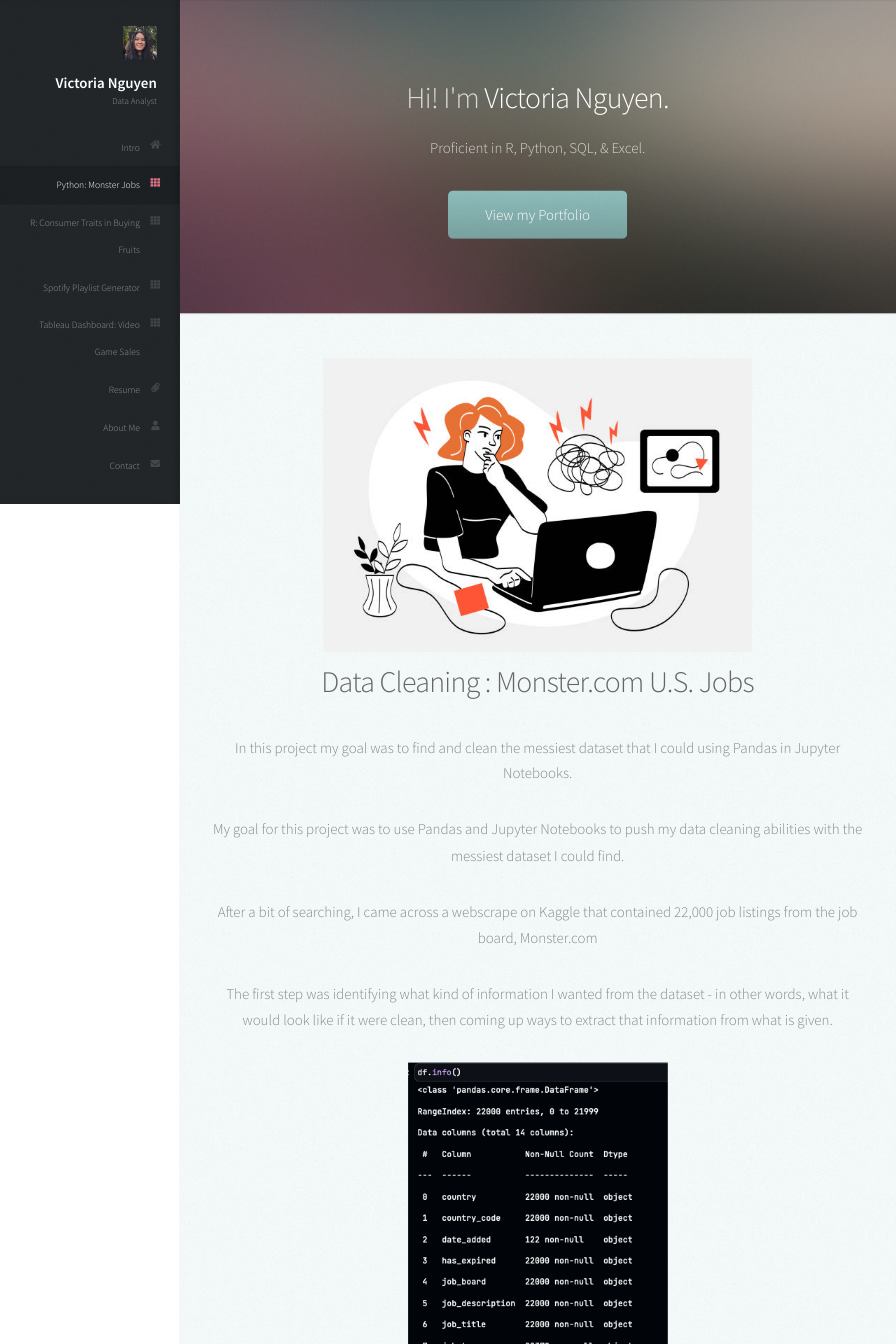
Repository: VictoriaTCNguyen/VictoriaTCNguyen
Page: index.html
An editor plug-in stored every save of this project. The page is shown before and after the next save, followed by the edit.
The browser window is 1280 px wide. The pictures show the part of the page from y = 0 to 1920 px (the page is 11996 px tall), at 70% of full size.

Above is the page before, as saved 2023-06-13 17:28:16.

### index.html
<!DOCTYPE HTML>
<!--
	Prologue by HTML5 UP
	html5up.net | @ajlkn
	Free for personal and commercial use under the CCA 3.0 license (html5up.net/license)
-->
<html>
	<head>
		<title>Victoria Nguyen's Portfolio </title>
		<meta charset="utf-8" />
		<meta name="viewport" content="width=device-width, initial-scale=1, user-scalable=no" />
		<link rel="stylesheet" href="assets/css/main.css" />
		<link rel="icon" href="/images/woman-technologist-light-skin-tone_1f469-1f3fb-200d-1f4bb.png">
	</head>
	<body class="is-preload">

		<!-- Header -->
			<div id="header">

				<div class="top">

					<!-- Logo -->
						<div id="logo">
							<span class="image avatar48"><img src="images/VN_LinkedIn.jpg" alt="" /></span>
							<h1 id="title">Victoria Nguyen</h1>
							<p>Data Analyst</p>
						</div>

					<!-- Nav -->
						<nav id="nav">
							<ul>
								<li><a href="#top" id="top-link"><span class="icon solid fa-home">Intro</span></a></li>
								<li><a href="#portfolio" id="portfolio-link"><span class="icon solid fa-th">Python: Monster Jobs </span></a></li>
								<li><a href="#portfolio2" id="portfolio-link"><span class="icon solid fa-th">R: Consumer Traits in Buying Fruits </span></a></li>
								<li><a href="#portfolio3" id="portfolio-link"><span class="icon solid fa-th">Spotify Playlist Generator </span></a></li>
								<li><a href="#portfolio4" id="portfolio-link"><span class="icon solid fa-th">Tableau Dashboard: Video Game Sales </span></a></li>
								<li><a href="#resume" id="resume-link"><span class="icon solid fa-paperclip">Resume</span></a></li>
								<li><a href="#about" id="about-link"><span class="icon solid fa-user">About Me</span></a></li>
								<li><a href="#contact" id="contact-link"><span class="icon solid fa-envelope">Contact</span></a></li>
							</ul>
						</nav>

				</div>

				<div class="bottom">

					<!-- Social Icons -->
						<ul class="icons">
							<li><a href="#" class="icon brands fa-github"><span class="label">Github</span></a></li>
							<li><a href="#" class="icon solid fa-envelope"><span class="label">Email</span></a></li>
						</ul>

				</div>

			</div>

		<!-- Main -->
			<div id="main">

				<!-- Intro -->
					<section id="top" class="one dark cover">
						<div class="container">

							<header>
								<h2 class="alt">Hi! I'm <strong>Victoria Nguyen.</strong> </h2>
								<p>Proficient in R, Python, SQL, & Excel.</p>
							</header>

							<footer>
								<a href="#portfolio" class="button scrolly">View my Portfolio</a>
							</footer>

						</div>
					</section>


				<!-- Portfolio1 -->
				<section id="portfolio" class="two">
					<div class="container">

						<header>
							<img src="images/istockphoto-1411855202-612x612.jpg" alt="Image of Kaggle dataset">
							<h2>Data Cleaning : Monster.com U.S. Jobs</h2>
						</header>

						<p>In this project my goal was to find and clean the messiest dataset that I could using Pandas in Jupyter Notebooks.</p>

						<div class="center">
							<div class="col-4 col-12-mobile">

								<p> My goal for this project was to use Pandas and Jupyter Notebooks to push my data cleaning abilities with the messiest
									dataset I could find.</p>

								<p> After a bit of searching, I came across a webscrape on Kaggle that contained 22,000 job listings from the job board,
									Monster.com</p>

								<p> The first step was identifying what kind of information I wanted from the dataset - in other words, what it would look
									like if it were clean, then coming up ways to extract that information from what is given. </p>

								<img src="images/1a.png" alt="">

								<p>Upon initial investigation, I found that job descriptions could be found in the location and salary columns, locations
									could be found in the organization column, some entries had the same information copied into every single column, salaries
									were being entered as hourly wages, and some just had useless or nonsensical entries.  </p>

									<img src="images/1c.png" alt="">

								<p>The first issue I decided to tackle was the one I see most commonly in datasets: that multiple variables are being put into
									 the same column and need to be parsed into their own, proper variables. The ‘job_types’ variable had two separate ways of
									 distinguishing jobs from each other: full time vs. part time, and contract vs. employee. Other than that, this column was
									 nicely formatted and all I needed to do was pull the right substrings from each of them. </p>

								<img src="images/1b.png" alt="">

								<p>Next, I tackled the locations column, which quickly proved to be the most difficult.  A good chunk of these were just entire
									 job descriptions pasted in. My first idea was to shave off unwanted entries. As far as I’m aware, most location names
									 could be spelled out in 50 characters or less. In addition, if an entire job description was pasted into this column,
									  there would usually be a title, so I also searched for “Location:” in the longer entries. </p>

								<img src="images/1d.png" alt="">

								<p>After extracting the location from each of the job entries, I decided to pull the state & zip code from each location. </p>

								<img src="images/1e.png" alt="">

								<p>I then ran into an unexpected issue. Because state names are entered either by spelling out their full name or by their two
									letter abbreviation, I thought I could simply search for any substring containing the abbreviated state names. However,
									 many job descriptions would use capital letters in one way or another - whether it was the entire job description being
									 capitalized or using capitalization to emphasize whole words or titles. Either way, I had to find a way around it. Thus,
									  I used regex to find the two capital letters together with non-capital characters before and after.
								</p>
								<img src="images/1f.png" alt="">

								<p>Now that the states were sorted, I moved onto the zipcodes. Thankfully, from the previous step, I was able to tinker with
									a regex and similarly used one to pull strings containing five consecutive digits. This also kept me from accidentally
									pulling any phone numbers that made it into this column. </p>

								<img src="images/1g.png" alt="">

								<p>The last bulk of my work was fixing the salary column. I had my work set out for me because I could see that it was a
									jumble of salaries, hourly wages, vague descriptions of what their compensation might be, or just other benefits that
									didn’t help candidates understand what pay they should be expecting. </p>

								<img src="images/1h.png" alt="">

								<p>I extracted all entries that mentioned “yearly” and “hourly”, and swapped the hourly salaries that were too outrageous
									 to be true to yearly salaries, and vice-versa. I then shaved off excess characters to get plain numbers, then converted
									 hourly wages to salaries. </p>

								<img src="images/1i.png" alt="">

								<p> Finally, the data was ready to be analyzed.</p>

								<img src="images/1j.png" alt="">

								<p></a></p>
							</div>
						</div>

					</div>
				</section>

				<!-- Portfolio2 -->
				<section id="portfolio2" class="two">
					<div class="container">

						<header>
							<h2>Consumer Traits in Buying Fruits</h2>
						</header>

						<p>

							<object data="/images/CustomerTraits in Purchasing Fruits.pdf" type="application/pdf" width="100%" height="500px">
								<p>Unable to display PDF file. <a href="/images/CustomerTraits in Purchasing Fruits.pdf">Download</a> instead.</p>
							  </object>

						</p>

						<div class="center" style = text-align:left;>
							<div class="col-4 col-12-mobile">

							</div>
						</div>

					</div>
				</section>

				<!-- Portfolio3 -->
				<section id="portfolio3" class="two">
					<div class="container">

						<header>
							<img src="images/istockphoto-1411855202-612x612.jpg" alt="Image of Kaggle dataset">
							<h2>Predicting Airline Customer Satisfaction</h2>
						</header>

						<object data="/images/PredictingAirlineCustomerSatisfaction.pdf" type="application/pdf" width="100%" height="500px">
							<p>Unable to display PDF file. <a href="/images/PredictingAirlineCustomerSatisfaction.pdf">Download</a> instead.</p>
						  </object>

						<div class="center" style = text-align:left;>
							<div class="col-4 col-12-mobile">

							</div>
						</div>

					</div>
				</section>

				<!-- Portfolio4 -->
				<section id="portfolio4" class="two">
					<div class="container">

						<header>
							<img src="/images/istockphoto-1366567982-612x612.jpg" alt="Image of Kaggle dataset">
							<h2>Tableau Dashboard: Video Game Sales</h2>
						</header>

						<p> Video games have been a passion of mine since I was young. Even as I got older and took on more responsibilities that kept me from gaming with my
							brothers for hours, I would still keep an eye on what games were coming out to see what we would play next.
						</p>

						<p>
							Having played games for so long, I have basically watched the gaming landscape change around me throughout my life. I saw consoles come and go, huge
							companies merge,
							 and trends change between different genres and monetization methods.</p>

						<p>
							Because of this, I decided I wanted to make a dashboard that almost acted like an interactive time capsule for video games.
							While it lacks the context that a full timeline could provide, this dashboard allows the user to more easily visualize how
							video game sales for certain titles and categories compared to others during their release.
						</p>

						<p>
							To allow users to refine the results to their own interests, I made it so the dashboard could be filtered by different date
							frames, publishers, and game genres to get a better look at what was popular during different eras, rather than just an overall look at sales.
						</p>

						<p><div class='tableauPlaceholder' id='viz1686099189806' style='position: relative'><noscript><a href='#'><img alt='Dashboard 1 ' src='https:&#47;&#47;public.tableau.com&#47;static&#47;images&#47;VG&#47;VGSales_16860990043510&#47;Dashboard1&#47;1_rss.png' style='border: none' /></a></noscript><object class='tableauViz'  style='display:none;'><param name='host_url' value='https%3A%2F%2Fpublic.tableau.com%2F' /> <param name='embed_code_version' value='3' /> <param name='site_root' value='' /><param name='name' value='VGSales_16860990043510&#47;Dashboard1' /><param name='tabs' value='no' /><param name='toolbar' value='yes' /><param name='static_image' value='https:&#47;&#47;public.tableau.com&#47;static&#47;images&#47;VG&#47;VGSales_16860990043510&#47;Dashboard1&#47;1.png' /> <param name='animate_transition' value='yes' /><param name='display_static_image' value='yes' /><param name='display_spinner' value='yes' /><param name='display_overlay' value='yes' /><param name='display_count' value='yes' /><param name='language' value='en-US' /><param name='filter' value='publish=yes' /></object></div>                <script type='text/javascript'>                    var divElement = document.getElementById('viz1686099189806');                    var vizElement = divElement.getElementsByTagName('object')[0];                    if ( divElement.offsetWidth > 800 ) { vizElement.style.width='1000px';vizElement.style.height='1227px';} else if ( divElement.offsetWidth > 500 ) { vizElement.style.width='1000px';vizElement.style.height='1227px';} else { vizElement.style.width='100%';vizElement.style.height='1577px';}                     var scriptElement = document.createElement('script');                    scriptElement.src = 'https://public.tableau.com/javascripts/api/viz_v1.js';                    vizElement.parentNode.insertBefore(scriptElement, vizElement);                </script></p>

						<div class="center" style = text-align:left;>
							<div class="col-4 col-12-mobile">

							</div>
						</div>

					</div>
				</section>

				<!-- Resume -->
				<section id="resume" class="three">
					<div class="container">

						<header>
							<h2><a href="images/VictoriaNguyen_Resume_2023.pdf" download>Click here to download my resume!</a></h2>
						</header>


					</div>
				</section>

				<!-- About Me -->
					<section id="about" class="three">
						<div class="container">

							<header>
								<h2>About Me</h2>
							</header>

							<a href="#" class="image featured"><img src="images/Victoria_Osaka2.jpg" alt="Me in Osaka, April 2023. I was lucky enough to visit while the cherry blossoms were in full bloom!" /></a>

							<p>
								My name is Victoria Nguyen. Data analysis and vizualition are just two of the many things I'm passionate about.
								Whether I'm using spreadsheets to optimize my workout routine or using it to observe consumer habits, I love using data to enhance the way I look at the world.
							</p>

							<p>
								Outside of data analytics, I love to travel, cook, discuss all things media, play video games,
								 & live an active lifestyle.
							</p>

						</div>
					</section>

				<!-- Contact -->
					<section id="contact" class="four">
						<div class="container">

							<header>
								<h2>Contact</h2>
							</header>

							<p>
								You can contact me through my email: victoriatcnguyen@gmail.com
							</p>
							<p></p>
								Alternatively, you can connect with me through these links: <a href="https://github.com/VictoriaTCNguyen">GitHub</a>, <a href="https://www.linkedin.com/in/victoriatcnguyen/">LinkedIn</a>.
							</p>

						</div>
					</section>

			</div>

		<!-- Footer -->
			<div id="footer">

				<!-- Copyright -->
					<ul class="copyright">
						<li>&copy; Untitled. All rights reserved.</li><li>Design: <a href="http://html5up.net">HTML5 UP</a></li>
					</ul>

			</div>

		<!-- Scripts -->
			<script src="assets/js/jquery.min.js"></script>
			<script src="assets/js/jquery.scrolly.min.js"></script>
			<script src="assets/js/jquery.scrollex.min.js"></script>
			<script src="assets/js/browser.min.js"></script>
			<script src="assets/js/breakpoints.min.js"></script>
			<script src="assets/js/util.js"></script>
			<script src="assets/js/main.js"></script>

	</body>
</html>

Loaded but not shown: assets/js/jquery.min.js (library); assets/js/jquery.scrolly.min.js (common file); assets/js/jquery.scrollex.min.js (common file); assets/js/browser.min.js (common file); assets/js/breakpoints.min.js (common file); assets/css/fontawesome-all.min.css (library); assets/js/util.js (587 lines, source omitted); assets/js/main.js (123 lines, source omitted); assets/css/main.css (2633 lines, source omitted)

After the next save:
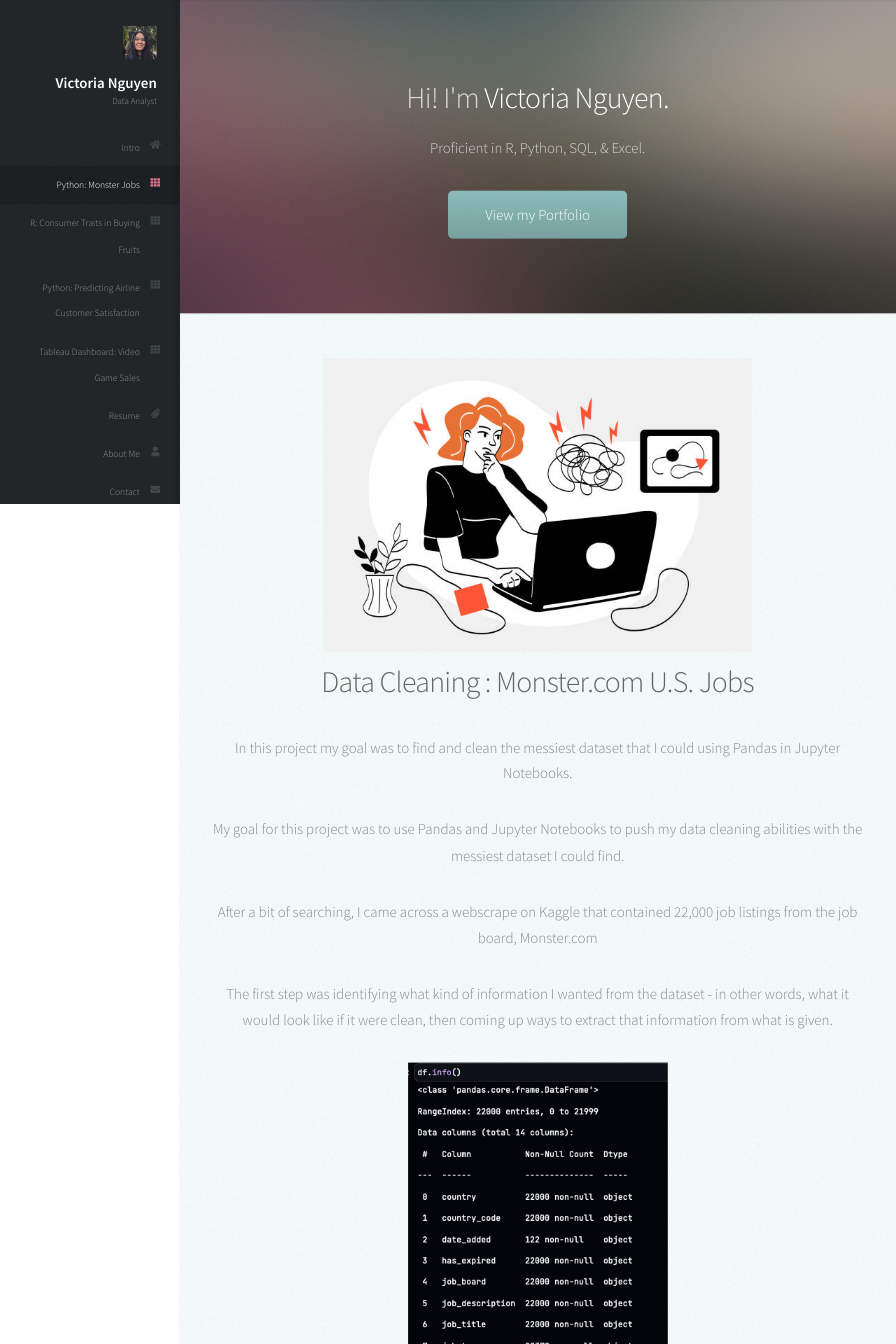
Saved 30 s later.
--- a/index.html
+++ b/index.html
@@ -32,7 +32,7 @@
 								<li><a href="#top" id="top-link"><span class="icon solid fa-home">Intro</span></a></li>
 								<li><a href="#portfolio" id="portfolio-link"><span class="icon solid fa-th">Python: Monster Jobs </span></a></li>
 								<li><a href="#portfolio2" id="portfolio-link"><span class="icon solid fa-th">R: Consumer Traits in Buying Fruits </span></a></li>
-								<li><a href="#portfolio3" id="portfolio-link"><span class="icon solid fa-th">Spotify Playlist Generator </span></a></li>
+								<li><a href="#portfolio3" id="portfolio-link"><span class="icon solid fa-th">Python: Predicting Airline Customer Satisfaction</span></a></li>
 								<li><a href="#portfolio4" id="portfolio-link"><span class="icon solid fa-th">Tableau Dashboard: Video Game Sales </span></a></li>
 								<li><a href="#resume" id="resume-link"><span class="icon solid fa-paperclip">Resume</span></a></li>
 								<li><a href="#about" id="about-link"><span class="icon solid fa-user">About Me</span></a></li>
